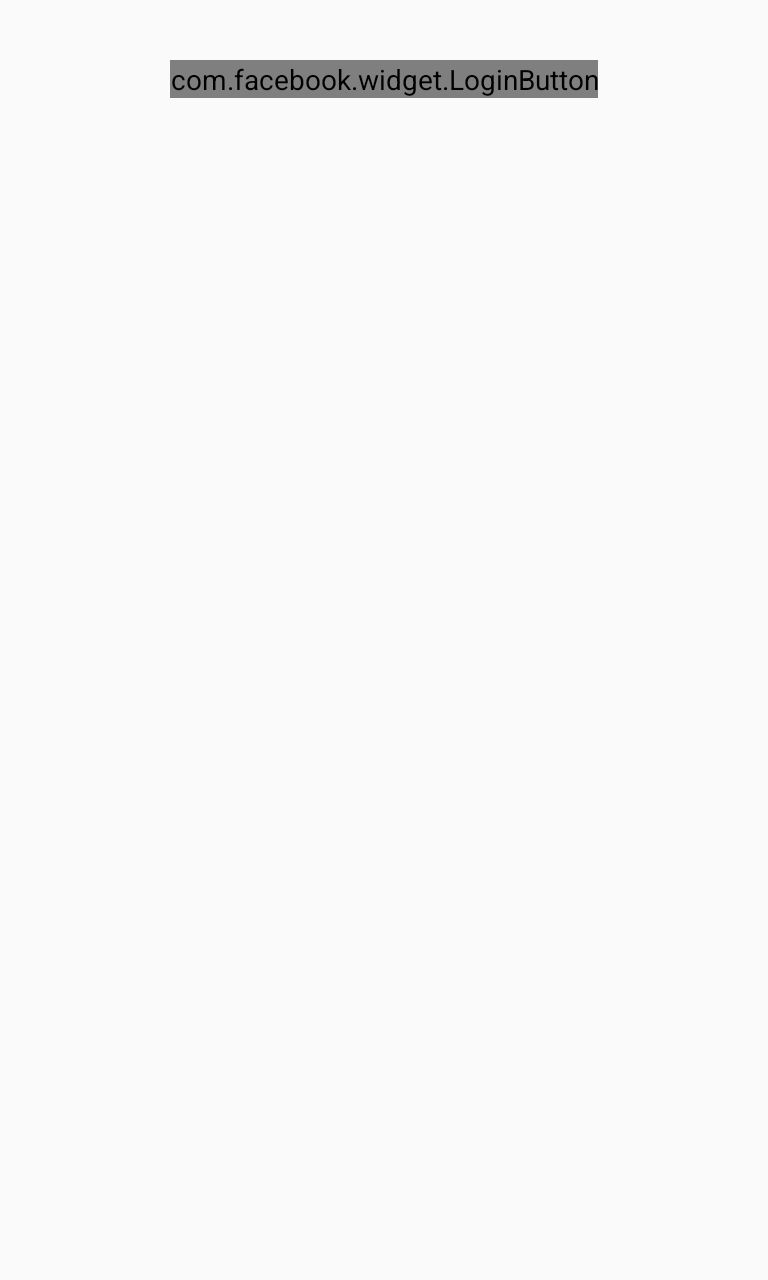
Repository: fasholaide/facebookHackathon
Layout: WeatherDresser/res/layout/main.xml
These files come from the project's save history. The layout is drawn as it stood at one moment and after the next save; the edit follows.
Pictures or frames that could not be fetched are drawn as grey boxes. It is drawn on a 768 x 1280 px phone screen (xhdpi) without system bars, with theme AppTheme; the app's code is not run.

Above is the layout before, as saved 2014-11-15 03:45:56.

After the next save:
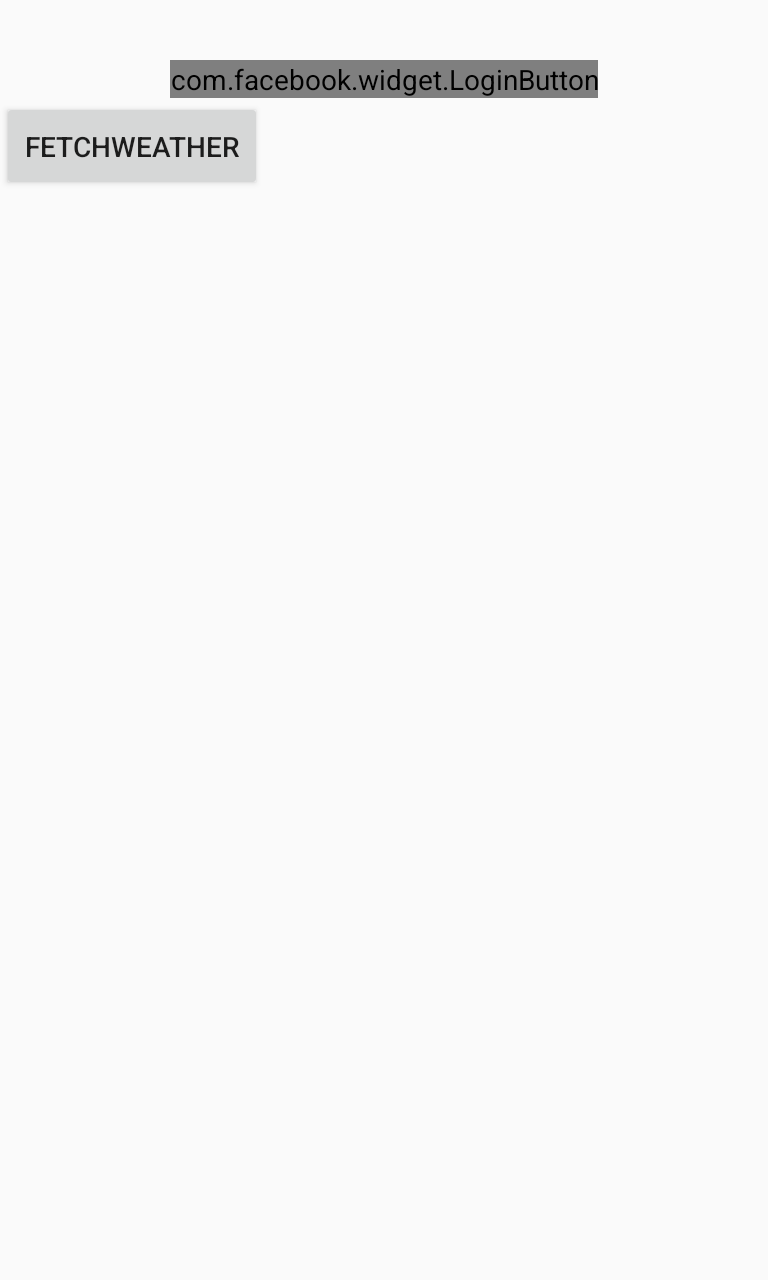
Saved 2 min 32 s later.
--- a/WeatherDresser/res/layout/main.xml
+++ b/WeatherDresser/res/layout/main.xml
@@ -12,4 +12,10 @@
         android:layout_marginTop="30dp"
         />
 
+    <Button
+        android:id="@+id/fetchWeather"
+        android:layout_width="wrap_content"
+        android:layout_height="wrap_content"
+        android:text="FetchWeather" />
+
 </LinearLayout>
